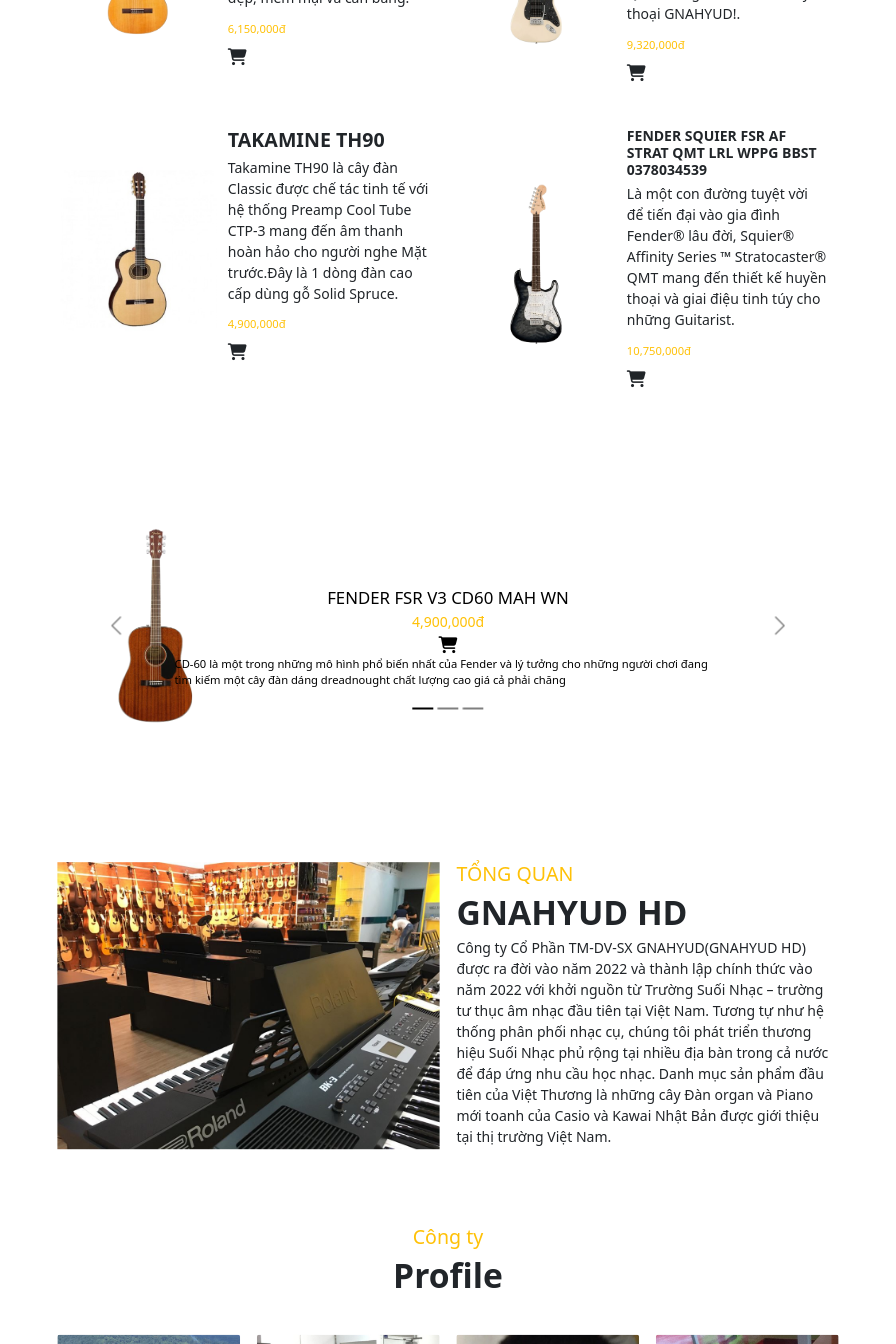
Repository: HoangDuy315/guitar
Page: index.html
The author's editor kept a copy of each file at every save. The page is drawn from the files as they stood at one save, then again after the next save.
The browser window is 1280 px wide. The pictures show the part of the page from y = 1484 to 3404 px (the page is 4970 px tall), at 70% of full size.
Some web libraries are served in a nearby version.

Above is the page before, as saved 2022-09-17 20:15:37.

After the next save:
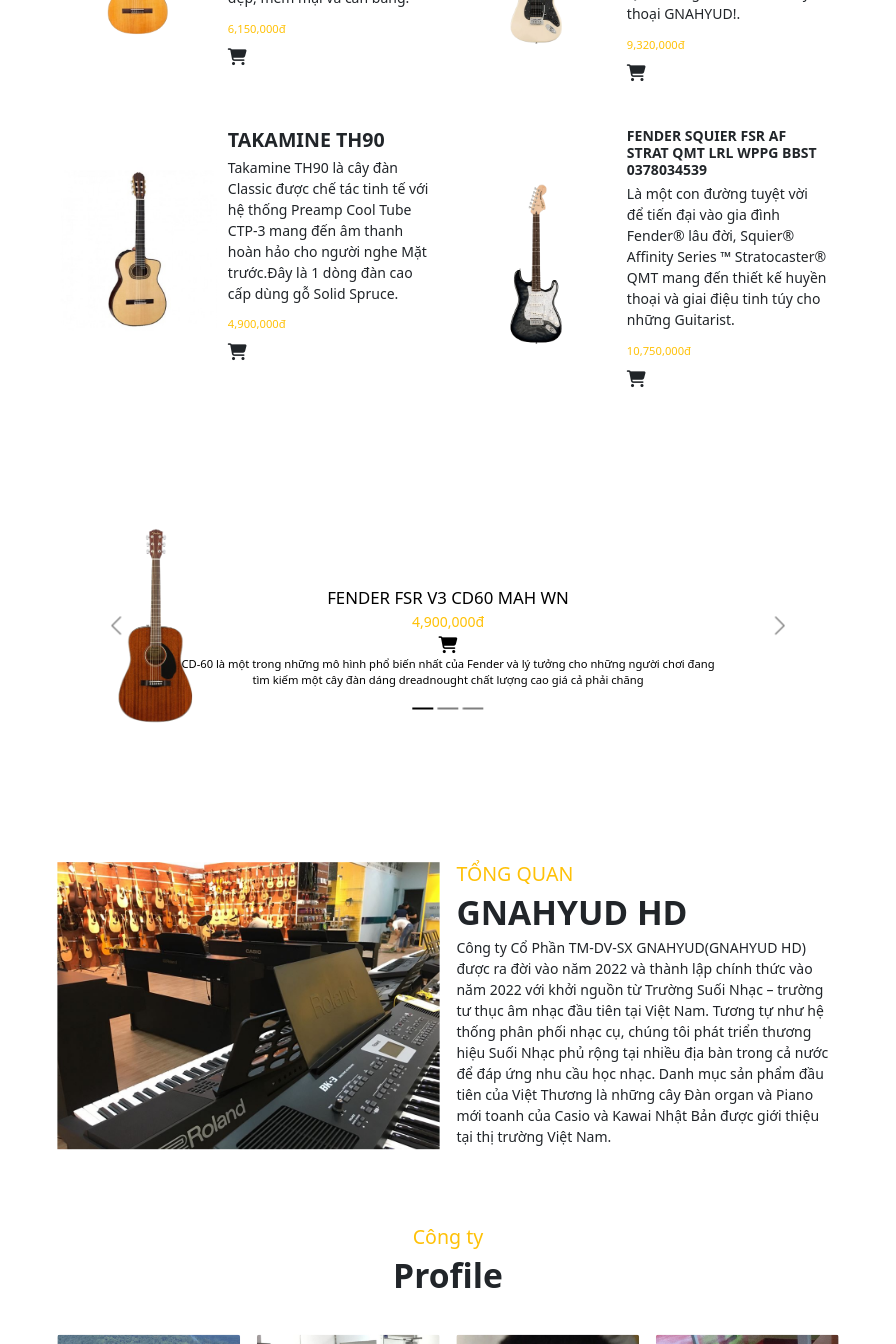
Saved 5 s later.
--- a/index.html
+++ b/index.html
@@ -214,7 +214,7 @@
                             <h3 class="fs-4">FENDER FSR V3 CD60 MAH WN</h3>
                             <h5 class="text-warning">4,900,000đ</h5>
                             <i class="fa-solid fa-cart-shopping fs-4"></i>
-                            <p class="fs-8 text-lg-start">CD-60 là một trong những mô hình phổ biến nhất của Fender và lý tưởng cho những người chơi đang tìm kiếm một cây đàn dáng dreadnought chất lượng cao giá cả phải chăng</p>
+                            <p class="fs-8 text-center">CD-60 là một trong những mô hình phổ biến nhất của Fender và lý tưởng cho những người chơi đang tìm kiếm một cây đàn dáng dreadnought chất lượng cao giá cả phải chăng</p>
                           </div>
                         </div>
                         <div class="carousel-item" data-bs-interval="2000">
